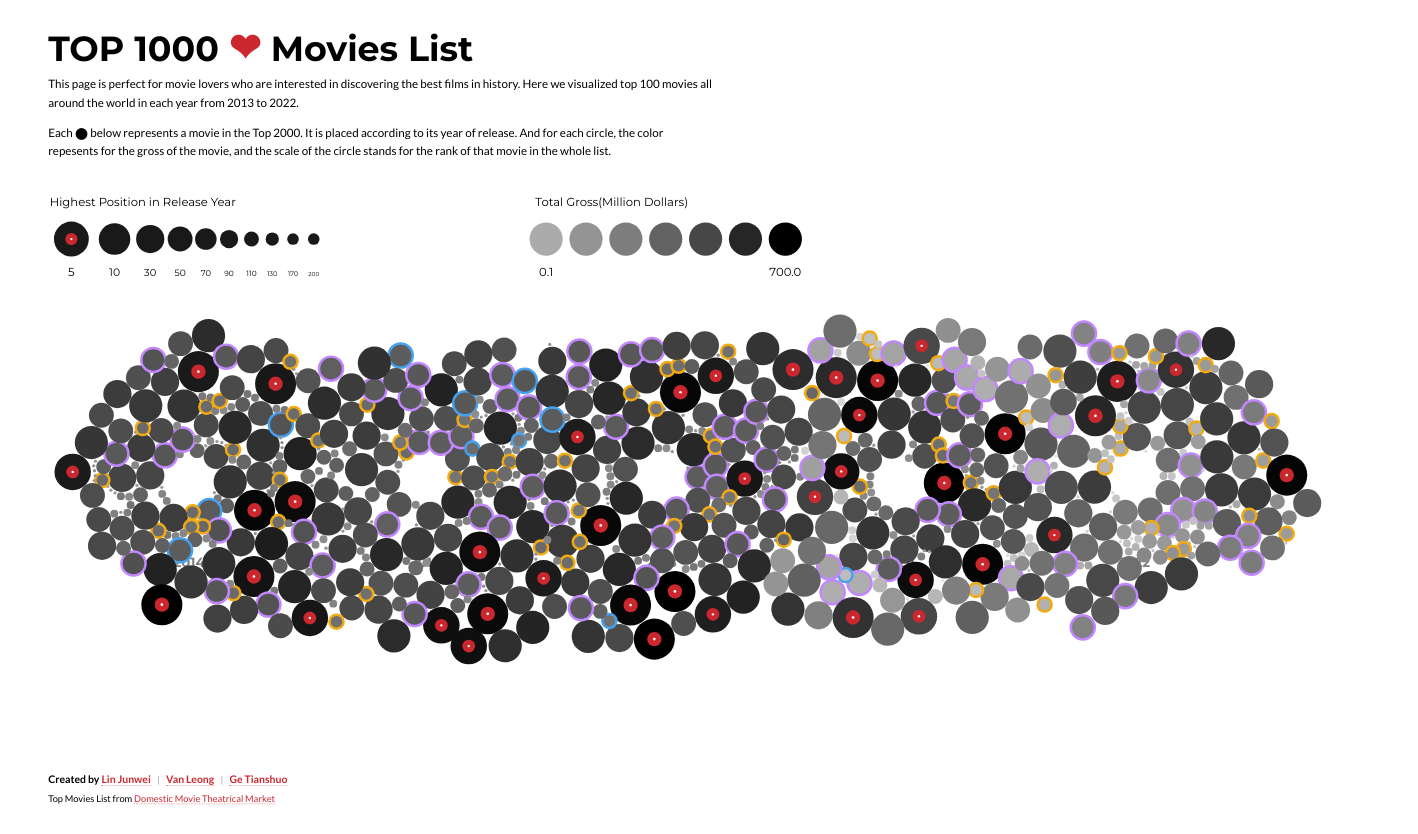
Repository: Limjohns/data_visualization
Page: index.html
The author's editor kept a copy of each file at every save. The page is drawn from the files as they stood at one save, then again after a run of saves.
The browser window is 1280 px wide. The page is 1708 px wide, so the pictures cover 1708 px, including what lies to the right of the window. The pictures show the whole page, at 83% of full size.

Above is the page before, as saved 2023-05-20 16:49:28.

After the next 2 saves:
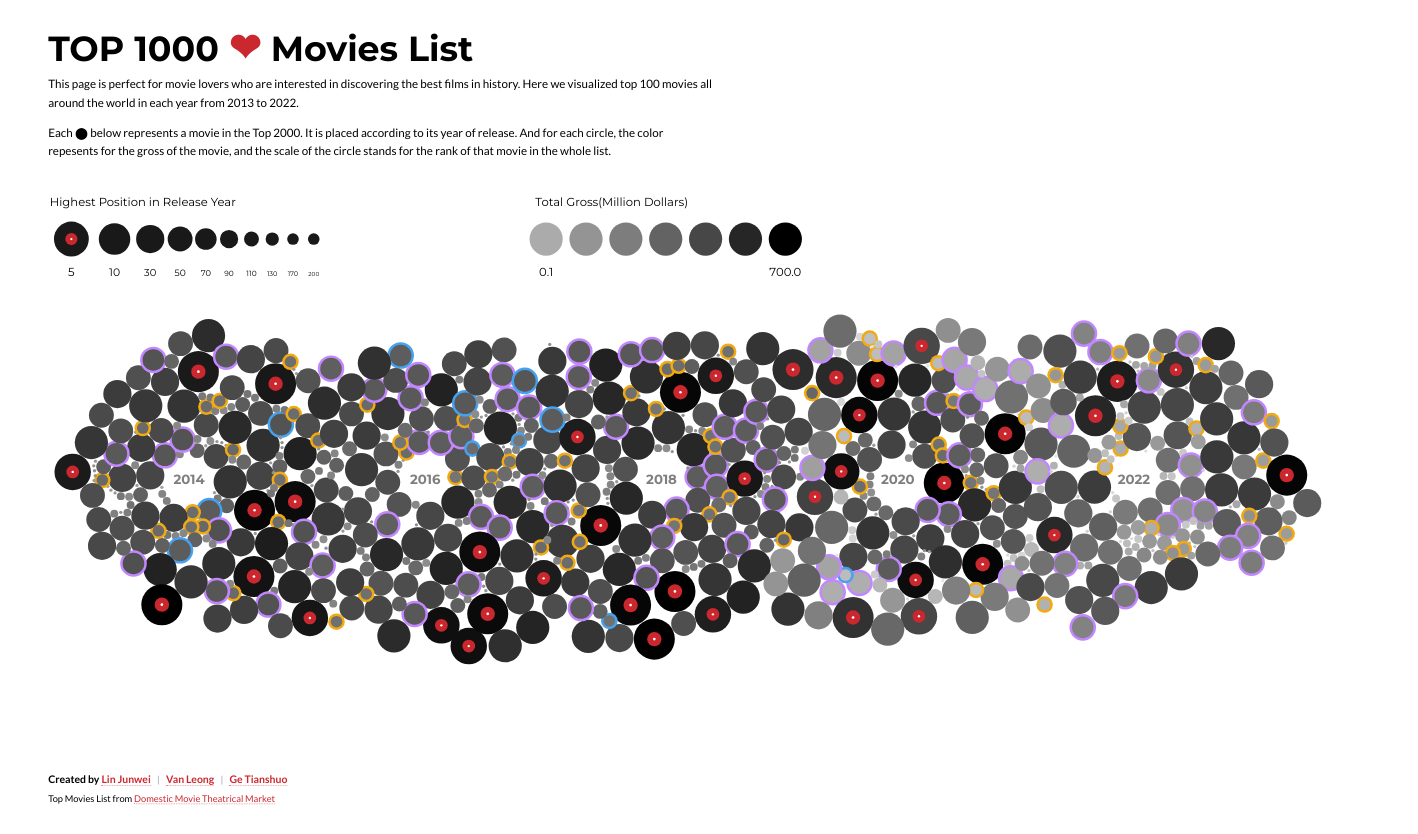
The 2 saves are shown as one change because they came seconds apart.
The last was saved 7 s later.
--- a/js/main.js
+++ b/js/main.js
@@ -98,7 +98,7 @@ if(isMobile) {
 
 		svg.append("g")
 	      .attr("class", "axis axis--x")
-	      .attr("transform", "translate(0," + (height/2 + 50) + ")")
+	      .attr("transform", "translate(0," + (height/2 - 50) + ")")
 	      .call(d3.axisBottom(yearScale).ticks(5, ".0f"));    // 改这里可以修改年份显示个数
 
 		svg.selectAll(".axis text")
